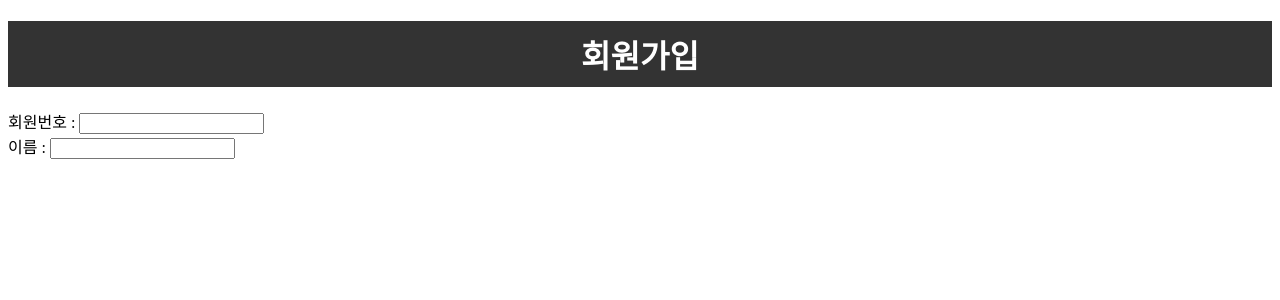
Repository: hiiiiiilim/Servlet-JSP-Workspace
Page: http://localhost/join/register.jsp
An editor plug-in stored every save of this project. The page is shown before and after the next save, followed by the edit.
The browser window is 1280 px wide. The pictures show the whole page.
The page is served by Tomcat 9.

Above is the page before, as saved 2023-11-07 01:38:25.

After the next save:
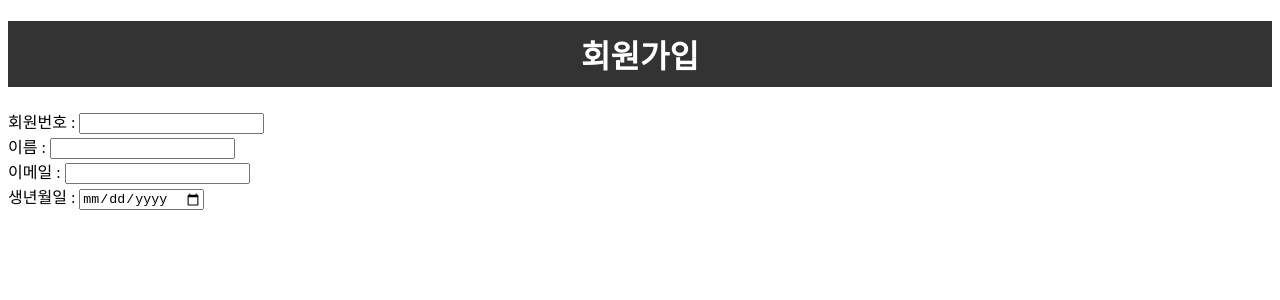
Saved 103 s later.
--- a/join/src/main/webapp/register.jsp
+++ b/join/src/main/webapp/register.jsp
@@ -15,6 +15,12 @@
 
 	<label for = "mname">이름 :</label>
 	<input type="text" id="mname" name = "mname" required><br>
+
+	<label for="memail">이메일 : </label>
+	<input type="email" id="memail" name ="memail" required><br>
+
+	<label for="mbirth">생년월일 : </label>
+	<input type="date" id="mbirth" name ="mbirth" required><br>
 </form>
 </body>
 </html>
